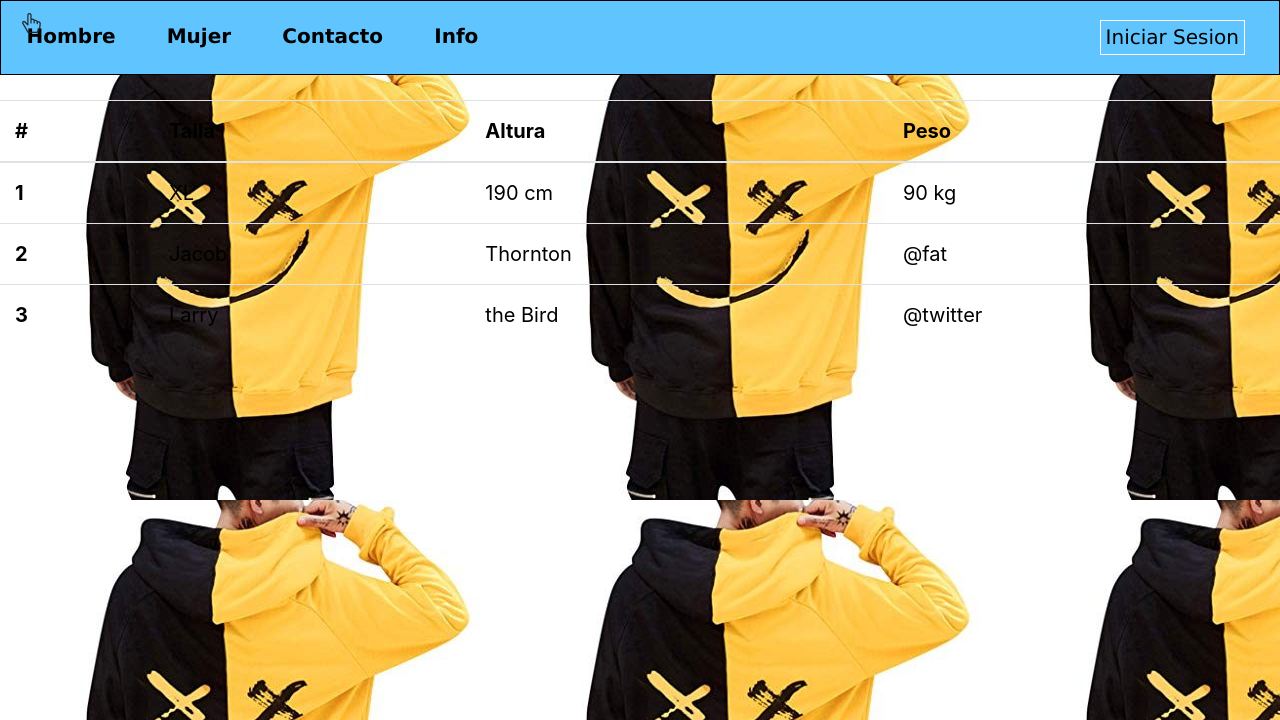
Repository: danilugones10/Proyecto
Page: hombre.html
These files come from the project's save history. The page is drawn as it stood at one moment and after the next save; the edit follows.
The browser window is 1280 px wide. The pictures show the whole page.
Some web libraries are served in a nearby version.

Above is the page before, as saved 2021-03-20 13:15:07.

After the next save:
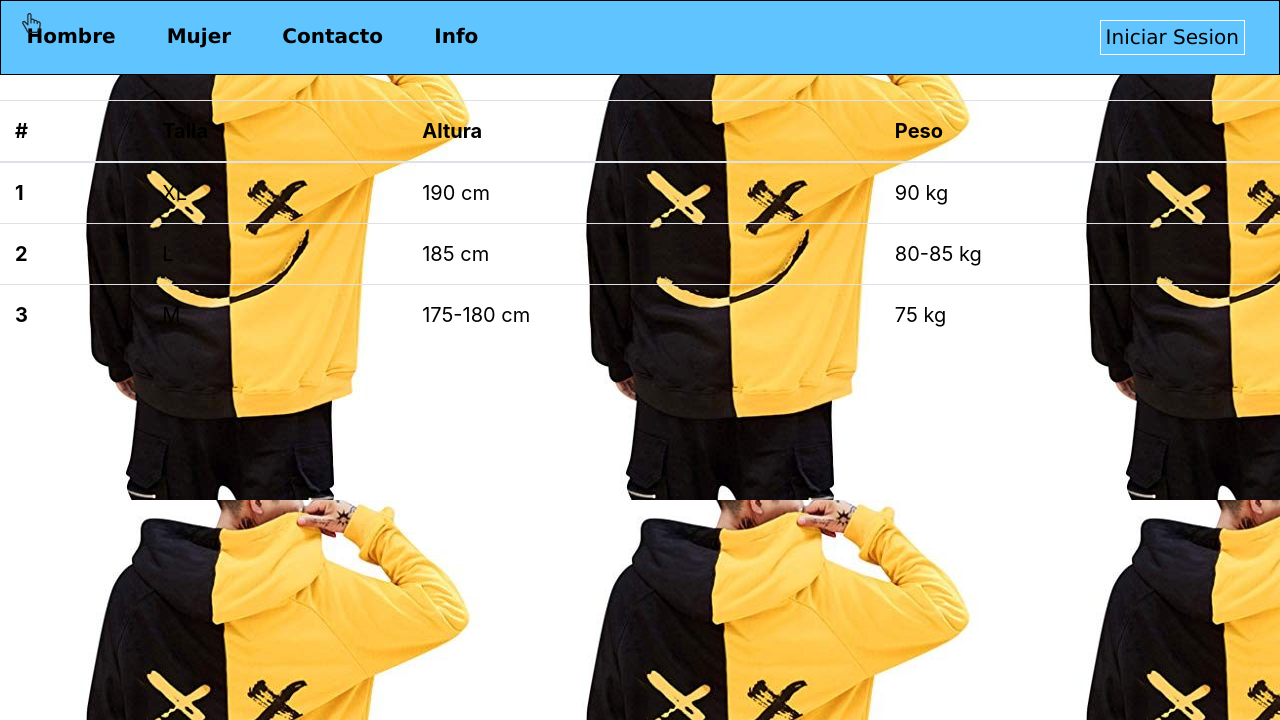
Saved 49 s later.
--- a/hombre.html
+++ b/hombre.html
@@ -33,15 +33,15 @@
               </tr>
               <tr>
                 <th scope="row">2</th>
-                <td>Jacob</td>
-                <td>Thornton</td>
-                <td>@fat</td>
+                <td>L</td>
+                <td>185 cm</td>
+                <td>80-85 kg</td>
               </tr>
               <tr>
                 <th scope="row">3</th>
-                <td>Larry</td>
-                <td>the Bird</td>
-                <td>@twitter</td>
+                <td>M</td>
+                <td>175-180 cm</td>
+                <td>75 kg</td>
               </tr>
             </tbody>
           </table>
